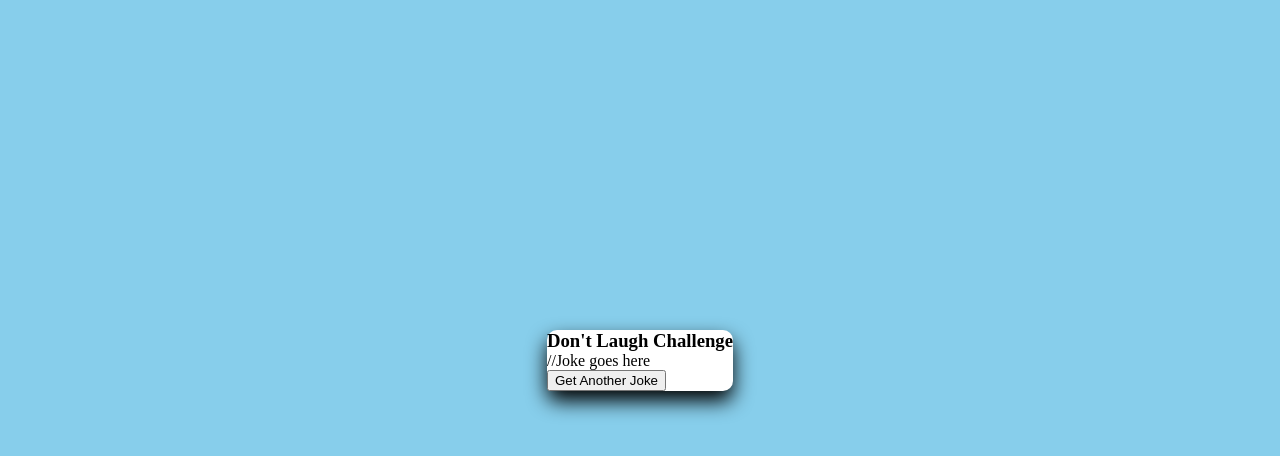
Repository: MMXiaohang/50projects50days-copy
Page: 10-dad-jokes/1-index.html
The author's editor kept a copy of each file at every save. The page is drawn from the files as they stood at one save, then again after the next save.
The browser window is 1280 px wide. The pictures show the whole page.

Above is the page before, as saved 2022-07-13 00:03:03.

After the next save:
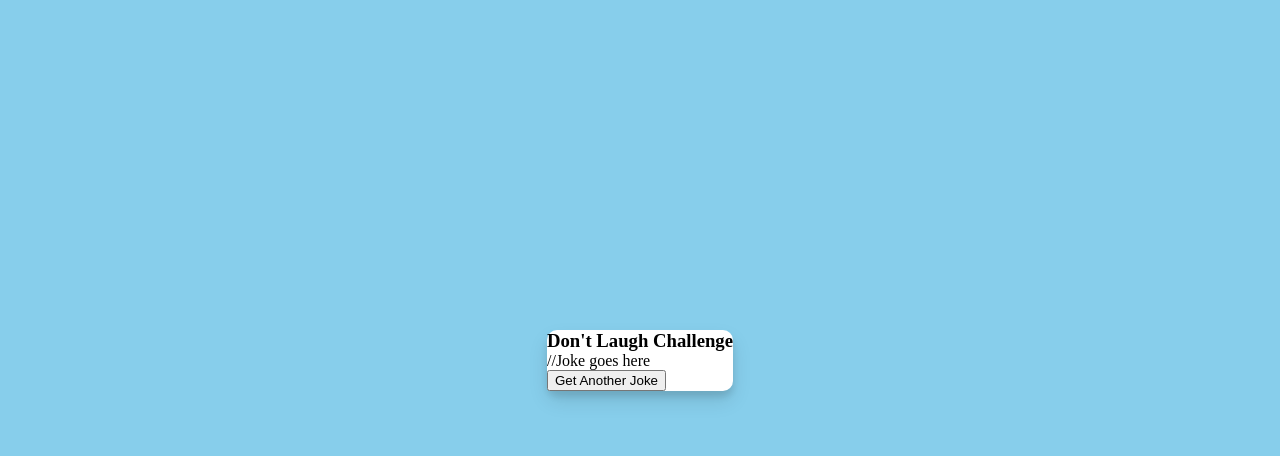
Saved 65 s later.
--- a/10-dad-jokes/1-style.css
+++ b/10-dad-jokes/1-style.css
@@ -21,5 +21,5 @@ body{
 .container {
     background-color: #fff;
     border-radius: 10px;
-    box-shadow: 0 10px 20px ;
+    box-shadow: 0 10px 20px rgba(0, 0, 0, 0.1), 0 6px 6px rgba(0, 0, 0, 0.1);
 }
